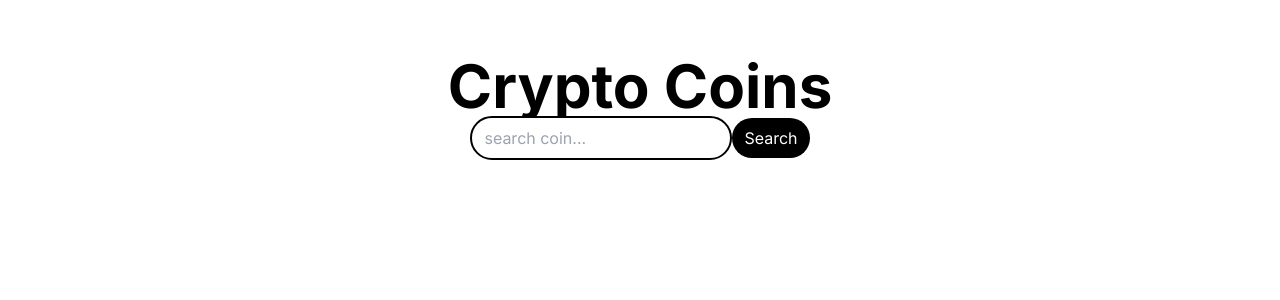
Repository: bittu-Patel/coins
Page: /
An editor plug-in stored every save of this project. The page is shown before and after a run of saves, followed by the edit.
The browser window is 1280 px wide. The pictures show the whole page.
The page's requests for data from a server got no answer. The project was rebuilt for these pictures with package versions that can differ from the ones it lists, and the page was loaded fresh each time. The framework's server and built-in components were replaced by stand-ins that run in the browser. No one was signed in, and anything a server would have sent is missing. Also part of the build but not shown: next.config.js.

Above is the page before, as saved 2023-12-18 16:30:02.

### app/page.js
"use client"

import { useState, useEffect } from "react"
import Coins from "./components/Coins";
import SearchCoins from "./components/SearchCoins";


export default function Home() {
const [coins, SetCoins] = useState([]);

useEffect(() => {
  const getCoins = async () => {
    const response = await fetch('/api/coins');
    const coins = await response.json();
    SetCoins(coins.data.coins);
  }

  getCoins();
  }, []);


  return (
   <div className="text-center">
<h1 className="font-bold text-6xl mt-14 ">Crypto Coins</h1>

<SearchCoins getSearchResults={(results) => SetCoins(results)}  />
<Coins coins={coins} />
   </div>
  )
}

### app/components/Coins.jsx
import Image from "next/image"


export default function Coins({coins}) {
  return (
    <>
    <ul className="grid grid-cols-4 mx-auto max-w-[1260px] gap-12">
{coins.map(coin => (
<li key={coin.uuid} className="flex flex-col gap-4">
    <Image
    src={coin.iconUrl}
    alt={coin.name}
width={70}
height={70}
    priority
    />
    <h3>{coin.name}</h3>
    <p>{coin.symbol}</p>
<p>{coin.price}</p>
</li>
))}
    </ul>
    </>
  )
}

### app/components/SearchCoins.jsx
"use client";
import Link from "next/link";
import { useState } from "react";

export default function SearchCoins({ getSearchResults }) {
  const [query, setQuery] = useState("");

  const handleSubmit = async (e) => {
    e.preventDefault();

    const response = await fetch(`/api/coins/search?query=${query}`);
    const coin = await response.json();

    getSearchResults(coin)
  };
  return (
    <div>
      <form onSubmit={handleSubmit}>
        <input
          className="text-black border-black border-2 rounded-full px-3 py-2"
          type="text"
          placeholder="search coin... "
          value={query}
          onChange={(e) => setQuery(e.target.value)}
        />
        <button className="bg-black hover:bg-black/60 text-white rounded-full px-3 py-2 " type="submit">Search</button>
      </form>
    </div>
  );
}

Loaded but not shown: app/layout.js (common file); app/globals.css (common file); tailwind.config.js (common file)

After the next 5 saves:
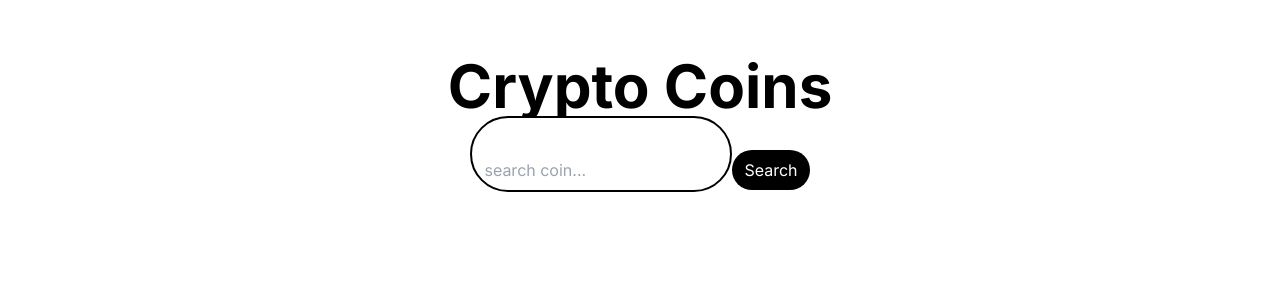
The 5 saves are shown as one change because they came seconds apart.
The last was saved 19 s later.
--- a/app/components/SearchCoins.jsx
+++ b/app/components/SearchCoins.jsx
@@ -17,7 +17,7 @@
     <div>
       <form onSubmit={handleSubmit}>
         <input
-          className="text-black border-black border-2 rounded-full px-3 py-2"
+          className="text-black border-black border-2 rounded-full px-3 py-2 pt-[40px]"
           type="text"
           placeholder="search coin... "
           value={query}

After the save that followed:
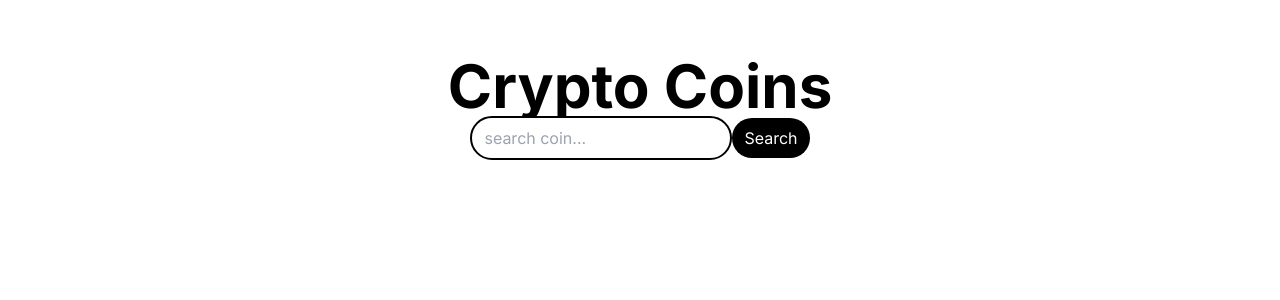
Saved 16 s later.
--- a/app/components/SearchCoins.jsx
+++ b/app/components/SearchCoins.jsx
@@ -17,7 +17,7 @@
     <div>
       <form onSubmit={handleSubmit}>
         <input
-          className="text-black border-black border-2 rounded-full px-3 py-2 pt-[40px]"
+          className="text-black border-black border-2 rounded-full px-3 py-2 "
           type="text"
           placeholder="search coin... "
           value={query}
